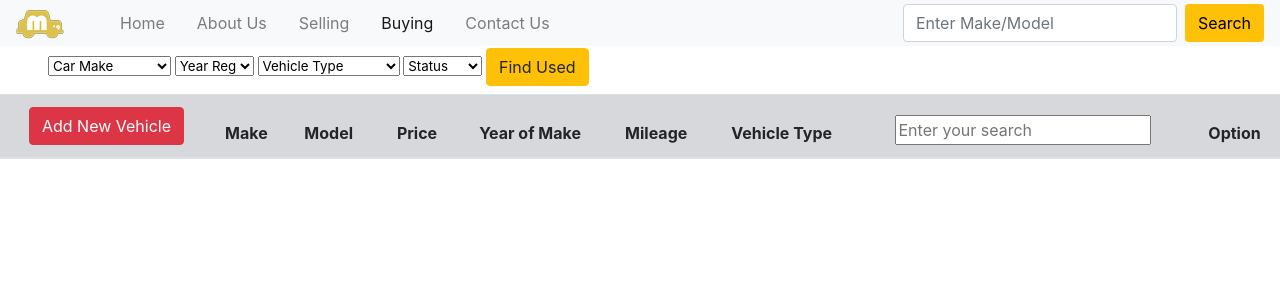
Repository: 99Ace/Project3-car-listing
Page: http://localhost/
The author's editor kept a record of every edit. The page is drawn from the files as they stood at one moment, then again after the next edit.
The browser window is 1280 px wide. The pictures show the whole page.
Some web libraries are served in a nearby version. The page is served by the project's application, run on Flask 3 (app.py). Queries for data that is not in the repository find no rows.

Above is the page before.

After the next edit:
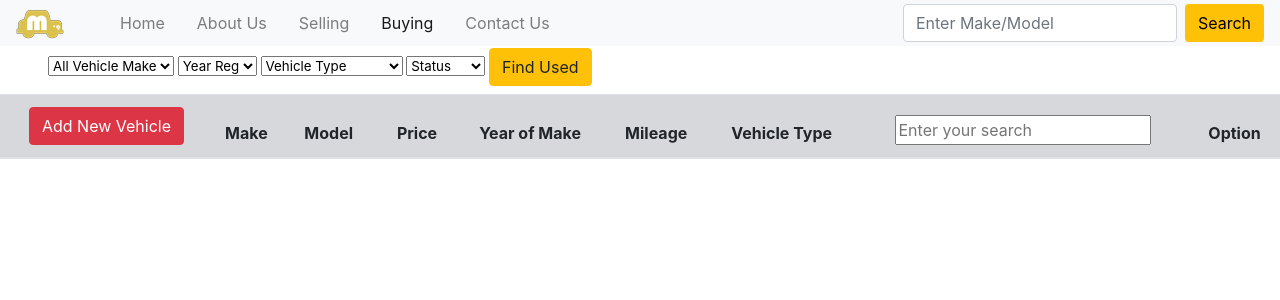
The edit:
--- a/templates/index.html
+++ b/templates/index.html
@@ -56,7 +56,7 @@
           <form style="font-size:10pt; color:rgb(127, 127, 127)" method="POST">
              <!--To allow user to select Car Make-->
             <select name="search-car-make">
-              <option value="all"           > Car Make </option>
+              <option value="all"           > All Vehicle Make </option>
               <option value="Audi"          > Audi </option>
               <option value="Mercedes-Benz" > Mercedes-Benz</option>
               <option value="BMW"           > BMW</option>
